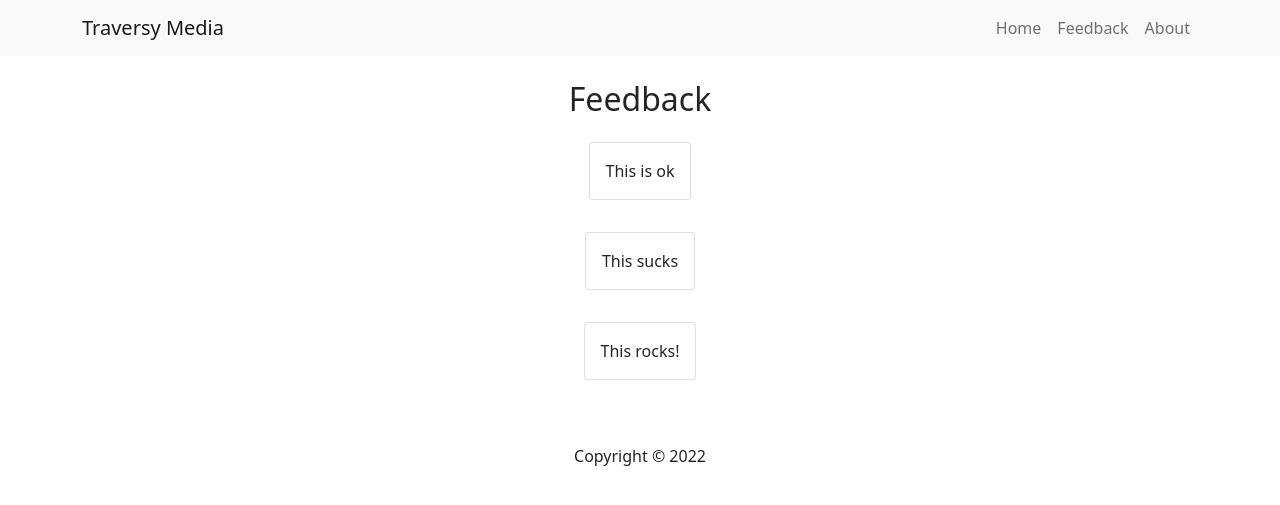
Repository: Haviles04/feedback
Page: http://localhost/feedback.php
An editor plug-in stored every save of this project. The page is shown before and after the next save, followed by the edit.
The browser window is 1280 px wide. The pictures show the whole page.
The page is run by PHP 8.4 with error messages shown; the project is at /var/www/html/.

Above is the page before, as saved 2024-04-29 18:12:17.

### feedback.php
<?php include 'inc/header.php'; ?>

<?php
$feedback = [
  [
    'id' => '1',
    'name' => 'Beth Williams',
    'email' => 'beth@gmail.com',
    'body' => 'This is ok'
  ],
  [
    'id' => '2',
    'name' => 'Walt Williams',
    'email' => 'walt@gmail.com',
    'body' => 'This sucks'
  ],
  [
    'id' => '3',
    'name' => 'Bill Johnson',
    'email' => 'bill@gmail.com',
    'body' => 'This rocks!'
  ]
]
?>


<h2>Feedback</h2>

<?php if (empty($feedback)) : ?>
  <p class="lead mt-3"> There is no feedback</p>
<?php endif; ?>


<?php foreach ($feedback as $item) : ?>
  <div class="card my-3">
    <div class="card-body">
      <?php echo $item['body'] ?>
    </div>
  </div>
<?php endforeach ?>

<?php include 'inc/footer.php';

### inc/header.php
<?php include 'config/database.php'; ?>


<!DOCTYPE html>
<html lang="en">

<head>
    <meta charset="UTF-8" />
    <meta http-equiv="X-UA-Compatible" content="IE=edge" />
    <meta name="viewport" content="width=device-width, initial-scale=1.0" />
    <link href="https://cdn.jsdelivr.net/npm/bootstrap@5.0.2/dist/css/bootstrap.min.css" rel="stylesheet" integrity="sha384-EVSTQN3/azprG1Anm3QDgpJLIm9Nao0Yz1ztcQTwFspd3yD65VohhpuuCOmLASjC" crossorigin="anonymous" />
    <title>Leave Feedback</title>
</head>

<body>
    <nav class="navbar navbar-expand-sm navbar-light bg-light mb-4">
        <div class="container">
            <a class="navbar-brand" href="#">Traversy Media</a>
            <button class="navbar-toggler" type="button" data-bs-toggle="collapse" data-bs-target="#navbarNav" aria-controls="navbarNav" aria-expanded="false" aria-label="Toggle navigation">
                <span class="navbar-toggler-icon"></span>
            </button>
            <div class="collapse navbar-collapse" id="navbarNav">
                <ul class="navbar-nav ms-auto">
                    <li class="nav-item">
                        <a class="nav-link" href="./index.php">Home</a>
                    </li>
                    <li class="nav-item">
                        <a class="nav-link" href="./feedback.php">Feedback</a>
                    </li>
                    <li class="nav-item">
                        <a class="nav-link" href="./about.php">About</a>
                    </li>
                </ul>
            </div>
        </div>
    </nav>

    <main>
        <div class="container d-flex flex-column align-items-center">

### config/database.php
<?php
define('DB_HOST', 'localhost');
define('DB_USER', 'henry');
define('DB_PASS', '123456');
define('DB_NAME', 'php_dev');

$conn = new mysqli(DB_HOST, DB_USER, DB_PASS, DB_NAME);

if ($conn->connect_error) {
    die('Connection failed' . $conn->connect_error);
}

### inc/footer.php
</div>
</main>

<footer class="text-center mt-5">Copyright &copy; 2022</footer>

<script src="https://cdn.jsdelivr.net/npm/bootstrap@5.0.2/dist/js/bootstrap.bundle.min.js" integrity="sha384-MrcW6ZMFYlzcLA8Nl+NtUVF0sA7MsXsP1UyJoMp4YLEuNSfAP+JcXn/tWtIaxVXM" crossorigin="anonymous"></script>
</body>

</html>

After the next save:
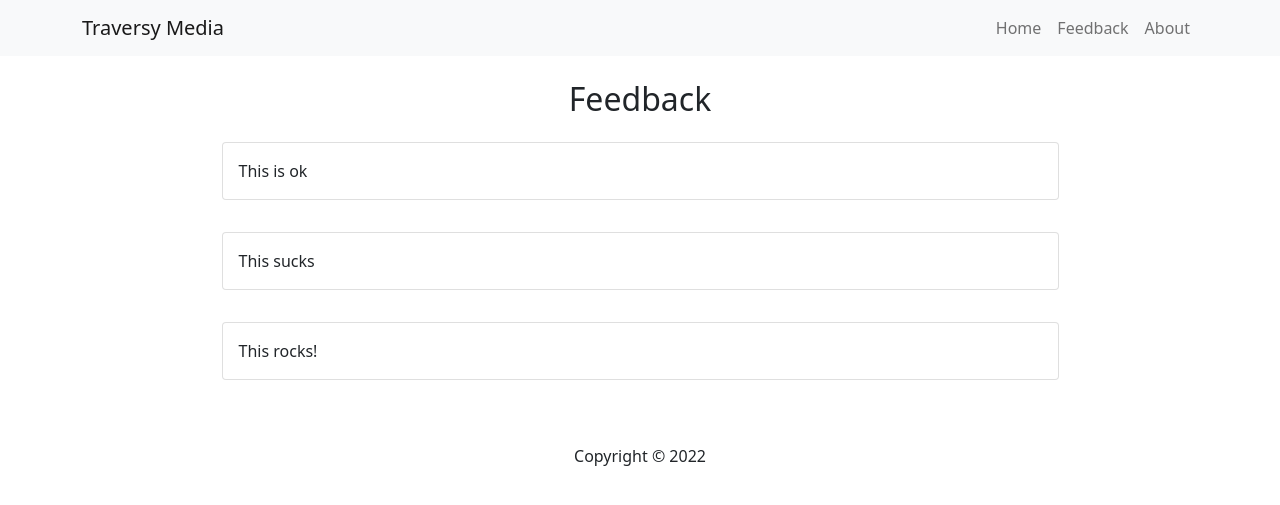
Saved 33 s later.
--- a/feedback.php
+++ b/feedback.php
@@ -32,7 +32,7 @@ $feedback = [
 
 
 <?php foreach ($feedback as $item) : ?>
-  <div class="card my-3">
+  <div class="card my-3 w-75">
     <div class="card-body">
       <?php echo $item['body'] ?>
     </div>
